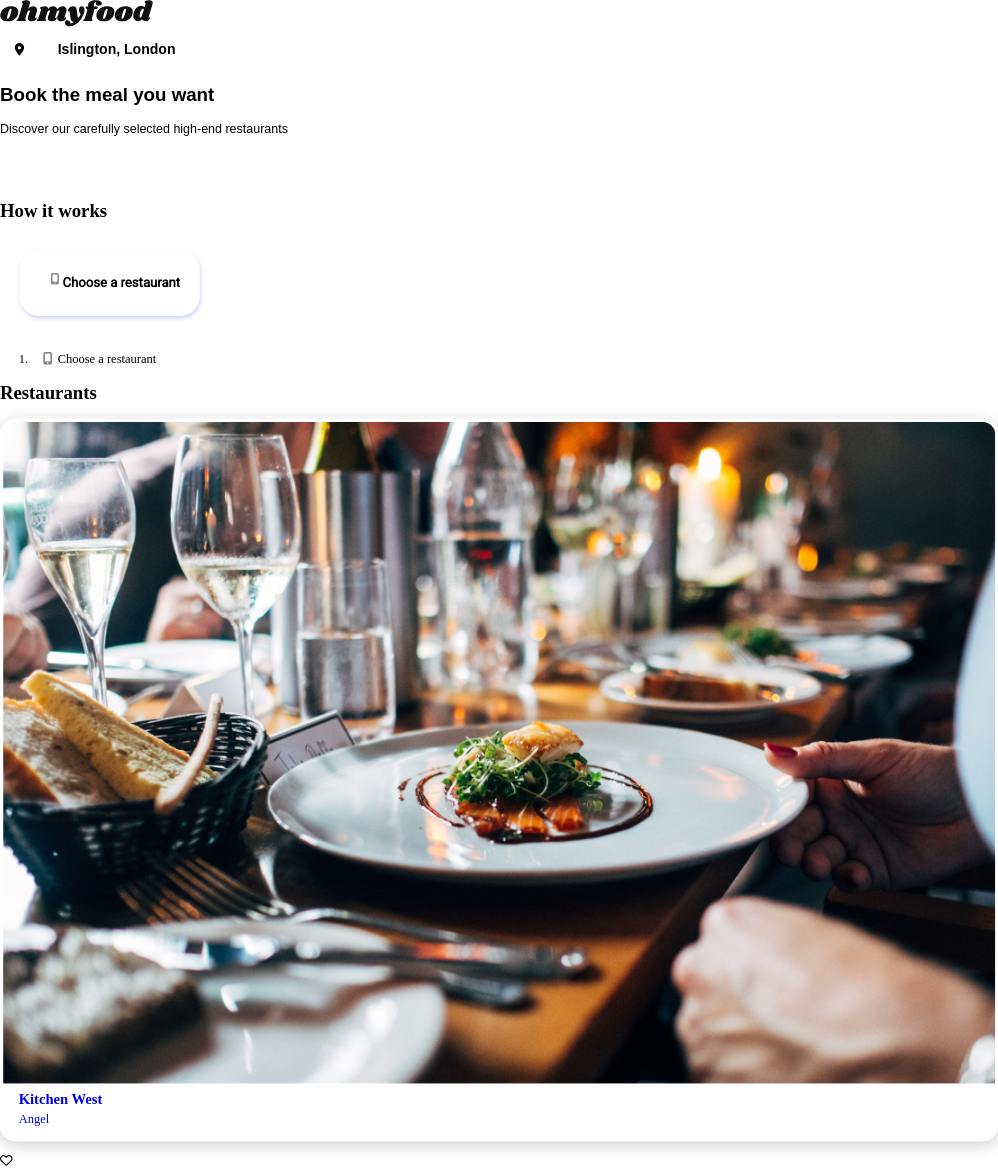
Repository: R1ptou/Project-3
Page: index.html
These files come from the project's save history. The page is drawn as it stood at one moment and after the next save; the edit follows.
The browser window is 1280 px wide. The pictures show the whole page, at 78% of full size.
Some web fonts or font styles are not loaded; a fallback is used. The style sheet was rebuilt from its Sass, Less or Tailwind sources for each picture, by a compiler version that may differ from the author's.

Above is the page before, as saved 2024-03-21 16:12:50.

### index.html
<!DOCTYPE html>
<html lang="en">
<head>
    <meta charset="UTF-8">
    <meta name="viewport" content="width=device-width, initial-scale=1.0">
    <title>ohmyfood</title>
    <link rel="preconnect" href="https://fonts.googleapis.com">
    <link rel="preconnect" href="https://fonts.googleapis.com">
    <link rel="preconnect" href="https://fonts.gstatic.com" crossorigin>
    <link href="https://fonts.googleapis.com/css2?family=Roboto&family=Shrikhand&display=swap" rel="stylesheet">
    <link rel="stylesheet" href="https://cdnjs.cloudflare.com/ajax/libs/font-awesome/6.2.1/css/all.min.css"
        integrity="sha512-MV7K8+y+gLIBoVD59lQIYicR65iaqukzvf/nwasF0nqhPay5w/9lJmVM2hMDcnK1OnMGCdVK+iQrJ7lzPJQd1w=="
        crossorigin="anonymous" referrerpolicy="no-referrer">
    <link rel="stylesheet" href="./css/style.css">
</head>
<body>
<!-- Header -->
    <div class="main-container">
        <header>
            <div class="logo"> <!-- Logo -->
               <img  src="./Images and text Ohmyfood/images/logo/ohmyfood@2x.svg" alt="ohmyfood logo" >
            </div>
            <form class="search-bar"> <!-- Search bar -->
                <div class="icon-search"><i class="text-black fa-solid fa-location-dot"></i></div>
                <input class="input-search" value="Islington, London" type="text">
            </form>
            <div class="headline"> <!-- Headline -->
                <h2>Book the meal you want</h2>
                <p>Discover our carefully selected high-end restaurants</p>
            </div>
            <button type="submit" class="button-search">Explore our restaurants</button> <!-- Submit button -->
        </header>
    </div>

<!-- How it works -->
    <main>
        <section >
            <h2>How it works</h2>
            <div class="card-group">
            <a href="#" class="card">
            <i class="icon-no"> 1 </i>
            <i class="icon-pic fa-solid fa-mobile-screen-button"></i>
            <h3 class="card-text">Choose a restaurant</h3>
            </a>
            </div>
        </section>

        <section>
            <ol class="list-group">
                <li class="list-item">
                    <span class="icon-no">1</span>
                    <span class="icon-pic fa-solid fa-mobile-screen-button"></span>
                    <span class="card-text">Choose a restaurant</span>
                </li>
            </ol>
        </section>

<!-- Restaurants -->
        <section>
            <h2>Restaurants</h2>

            <a href="#" class="card-rest">
                <img class="card-img" src="./Images and text Ohmyfood/images/restaurants/jay-wennington-N_Y88TWmGwA-unsplash.jpg" alt="">
                      <div class="card-content">
                        <h3 class="card-title">Kitchen West</h3>
                        <p class="card-subtitle">Angel</p>
                      </div>
            </a>
            <div class="heart">
                <span class="fa-solid fa-heart heart-icon heart-full"></span>
                <span class="fa-regular fa-heart heart-icon heart-empty"></span>

            </div>

        </section>

<!-- Header -->
<!-- Footer -->
    </main>
</body>
</html>

### scss/style.scss
/****** General ***********/
@import "base";
@import "variables";
@import "list-group";
@import "card";
@import "button";




/****** Header ***********/

/****** Logo ***********/

/****** Search bar ***********/

.search-bar {
    display: flex;
}

.icon-search {
    display: flex;
    justify-content: center;
    align-items: center;
    width: 50px;
    height: 50px;
    flex-shrink: 0;

}

.input-search {
    display: flex;
    border-width: 0;
    border-style: none;
    padding: 0 24px;
    font-weight: bold;
    font-size: 18px;
}
.input-search:focus {
    outline: none;
}

/****** Headline ***********/

.headline {
    font-family: "Shrikhand", sans-serif;
}


/****** Submit button ***********/



/****** How it works ***********/

.icon-pic {
    display: inline-flex;
    background: none;
    color: grey;
    width: 20px;
    height: 20px;
    padding: 15px;
    flex-shrink: 0;
}

.icon-pic:hover {
    color: var(--primary-color);
}

.icon-no {
    position: absolute;

    background: var(--primary-color);
    border-radius: 50%;
    border: none;
    font: 0.9rem "Roboto", sans-serif;
    color: #fff;
    text-align: center;
    width: 15px;
    height: 15px;
    padding: 5px;
    flex-shrink: 0;
}

/****** Restaurants ***********/

.heart {
    position: relative;
    display:inline-block;
    height: 24px;
    width: 24px;
}

.heart-icon {
    position: absolute;
    display: inline-block;
    height: 24px;
    width: 24px;
    color: var(--primary-color);
}

.heart-empty {
    transition: opacity 1s;
    opacity: 1s;
}

.heart-full {
    transition: opacity 1s;
    opacity: 1s;
    background-image: var(--gradient);
    background-clip: text;
    -webkit-background-clip: text;
    color: transparent;
}

.heart:hover .heart-full {
    opacity: 1s;
}

.heart:hover .heart-empty {
    opacity: 0;
}

/****** Starters ***********/


/****** Mains ***********/


/****** Deserts ***********/


/****** Button ***********/

.btn {
    background-color: var(--primary-color);
}

/****** Label ***********/


/****** Icon ***********/


/****** Footer ***********/

### scss/_base.scss
body {
    margin: 0;
    padding: 0;
    color: #000;
    }

a {
        text-decoration: none;
    }

### scss/_variables.scss
    $primary-color: #9356DC; // button, badge, icon hover
    $secondary-color: #FF79DA; // button gradient
    $tertiary-color: #99E2D0; // element hue
    $quaternary-color: #008766; // badge font
    $quinary-color: #7E7E7E; // icons
    $senary-color: #F6F6F6; // background hue (off-white)
    $septenary-color: #EAEAEA; // form field background
    $octonary-color: #353535; // footer

    $gradient: linear-gradient(60deg, #9356DC, #FF79DA);

### scss/_list-group.scss
.list-group {

}


.list-item {

}

### scss/_card.scss
* {
    box-sizing: border-box;
}


.card-group {
    display: flex;
    flex-wrap: wrap;
    padding: 16px 25px;
}

.card {
    display: flex;
    flex-direction: row;
    padding: 16px 25px;
    background: #fff;
    border-radius: 25px;
    box-shadow: 1px 3px 6px 0px rgba(0, 0, 255, .2);
    font: 0.9rem "Roboto", sans-serif;
    color: #000;
}

/****** Restaurants ***********/

.container {
    max-width: 500px;
    margin: auto;
}

.card-rest {
    margin-bottom: 1rem;
    display: flex;
    flex-direction: column;
    background-color: var(#F6F6F6);
    box-shadow: 0 5px 20px rgba(0,0,0,0.2);
    border-radius: 20px;
    overflow: hidden;
    border: 4px solid #fff;
}

.card-img {
    object-fit: cover;
    width: 100%;
}

.card-content {
    padding: 10px 20px;
}

.card-title {
    margin: 0;
}

.card-subtitle {
    margin: 5px 0;
}

### scss/_button.scss
.button-search{
    padding: 16px 25px;
    color: #fff;
    font-weight: bold;
    background-color: var(--secondary-color);
    border-radius: 25px;
    border: none;
    justify-content: center;
}

.button-search:hover {


    background-color: var(--secondary-color);
    border-radius: 0 15px 15px 0px;
    border: none;
}

After the next save:
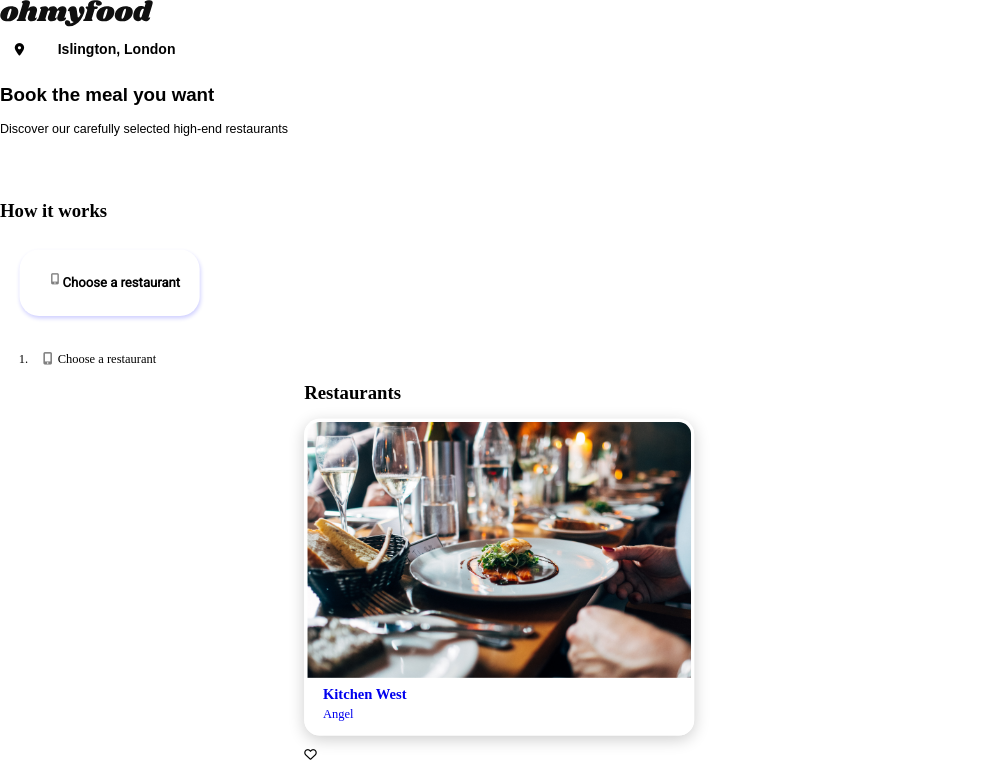
Saved 99 s later.
--- a/index.html
+++ b/index.html
@@ -56,7 +56,7 @@
         </section>
 
 <!-- Restaurants -->
-        <section>
+        <section class="container">
             <h2>Restaurants</h2>
 
             <a href="#" class="card-rest">
